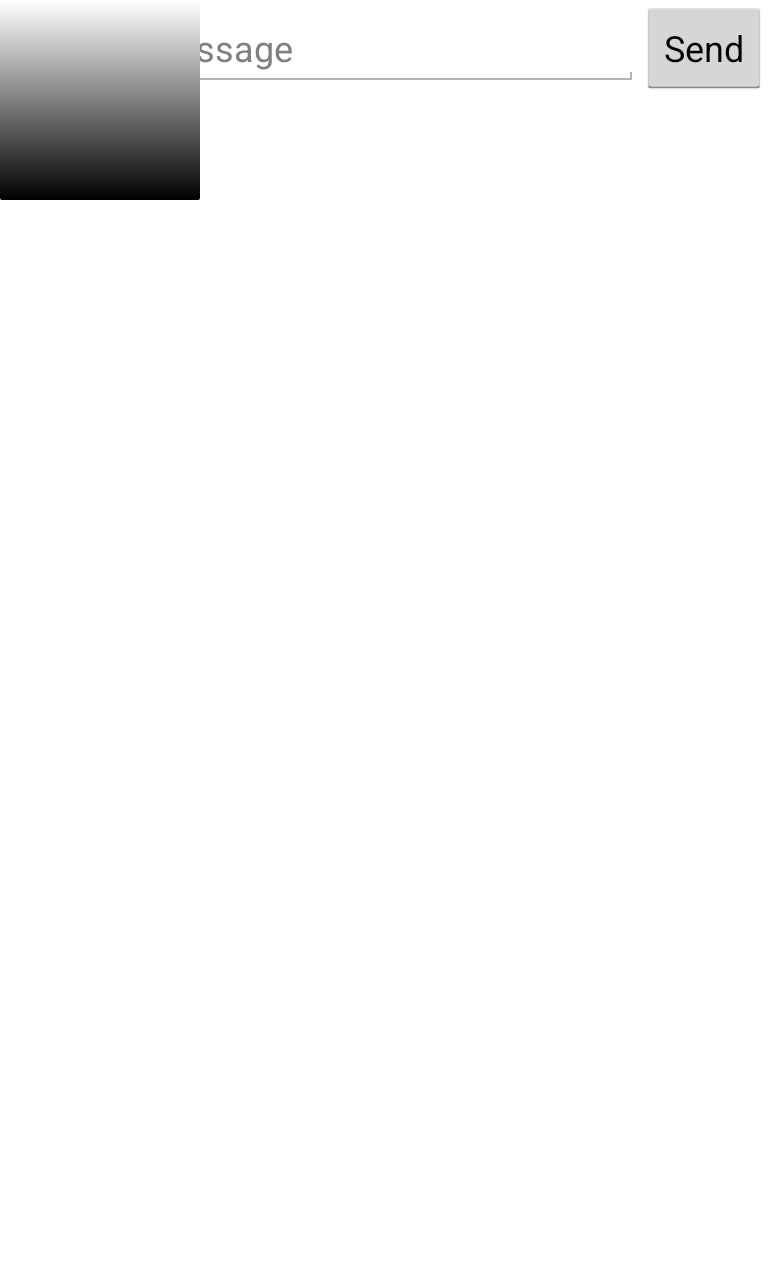
Repository: Jwonsever/AndroidPiano
Layout: HelloWorld/res/layout/activity_main.xml
These files come from the project's save history. The layout is drawn as it stood at one moment and after the next save; the edit follows.
It is drawn on a 768 x 1280 px phone screen (xhdpi) without system bars, with theme AppTheme; the app's code is not run.

Above is the layout before, as saved 2013-11-08 02:36:16.

After the next save:
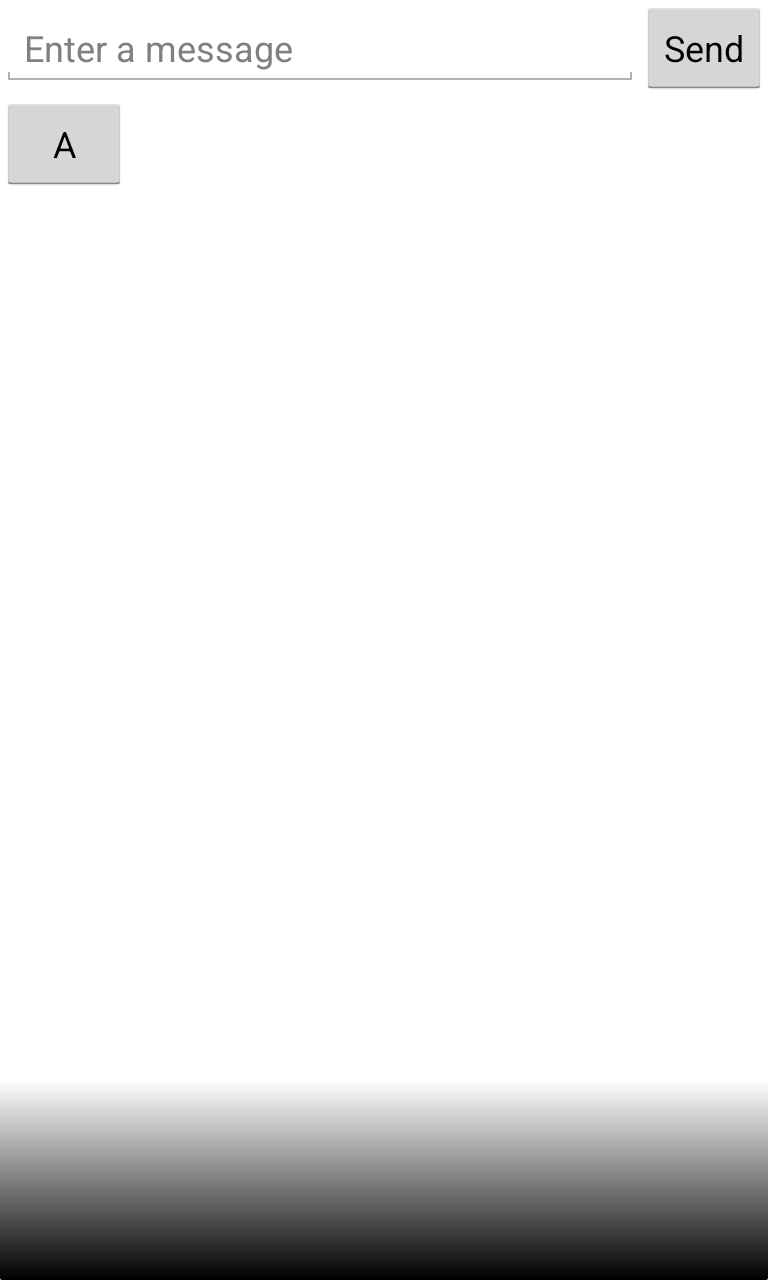
Saved 1 s later.
--- a/HelloWorld/res/layout/activity_main.xml
+++ b/HelloWorld/res/layout/activity_main.xml
@@ -35,13 +35,15 @@
         android:text="@string/a_note" />
 
     <LinearLayout
-        	android:orientation="horizontal"
-            android:id="@+id/piano_key"
-            android:layout_width="100dp"
-            android:layout_height="100dp"
-            android:background="@drawable/piano_key" >
-            <!-- Beer icon and all other stuff -->
+        android:id="@+id/piano_key"
+        android:layout_width="100dp"
+        android:layout_height="100dp"
+        android:layout_alignParentBottom="true"
+        android:layout_alignParentLeft="true"
+        android:layout_alignParentRight="true"
+        android:background="@drawable/piano_key"
+        android:orientation="horizontal" >
 
-     </LinearLayout>
+    </LinearLayout>
 
 </RelativeLayout>
